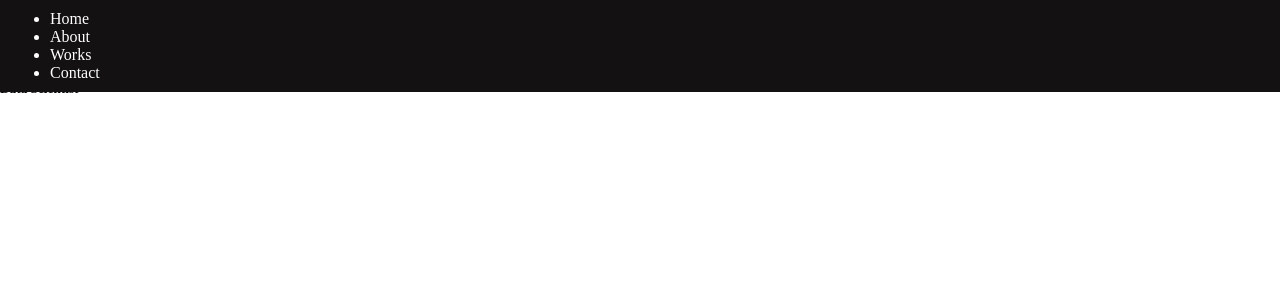
Repository: Kwabena-Kobiri/yellocoders
Page: index.html
The author's editor kept a copy of each file at every save. The page is drawn from the files as they stood at one save, then again after the next save.
The browser window is 1280 px wide. The pictures show the whole page.

Above is the page before, as saved 2021-05-05 18:45:28.

### index.html
<!DOCTYPE html>
<html lang="en">
<head>
    <meta charset="UTF-8">
    <meta http-equiv="X-UA-Compatible" content="IE=edge">
    <meta name="viewport" content="width=device-width, initial-scale=1.0">
    <link rel="stylesheet" href="index.css" />
    <title>Y'ello</title>
</head>
<body>
    <!-- HEADER COMPONENT STARTS HERE -->
    <header id="header">
        <nav id="nav">
            <ul>
                <li>Home</li>
                <li>About</li>
                <li>Works</li>
                <li>Contact</li>
            </ul>
        </nav>
    </header>
    <!-- HEADER COMPONENT ENDS HERE -->


    <!-- LANDING PAGE STARTS HERE  -->
    <section id="LandingPage">
        <div class="Details">
            <h1>Hi</h1>
            <h3>My Name is Solomon Kobiri</h3>
        </div>
        <div class="Skills">
            <h5>Graphic Designer</h5>
            <h5>Web Developer</h5>
            <h5>Data Scientist</h5>
        </div>
    </section>
    <!-- LANDING PAGE ENDS HERE -->
</body>
</html>

### index.css
* {
    /* background-color: red; */
    margin: 0px;
}

/* HEADER STYLING STARTS HERE */
#header {
    background-color: rgba(19, 17, 17, 1);
    justify-content: center;
    padding: 10px;
    width: 100%;
    position: fixed;
    z-index: 999;
    color: white;
}

#nav {

}

/* HEADER STYLING ENDS HERE */

After the next save:
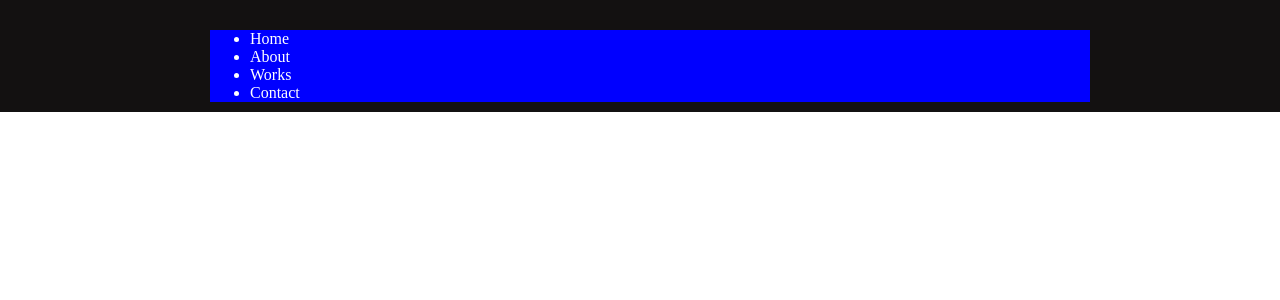
Saved 57 s later.
--- a/index.css
+++ b/index.css
@@ -15,7 +15,8 @@
 }
 
 #nav {
-
+    margin: 20px 200px 0px 200px;
+    background-color: blue;
 }
 
 /* HEADER STYLING ENDS HERE */
